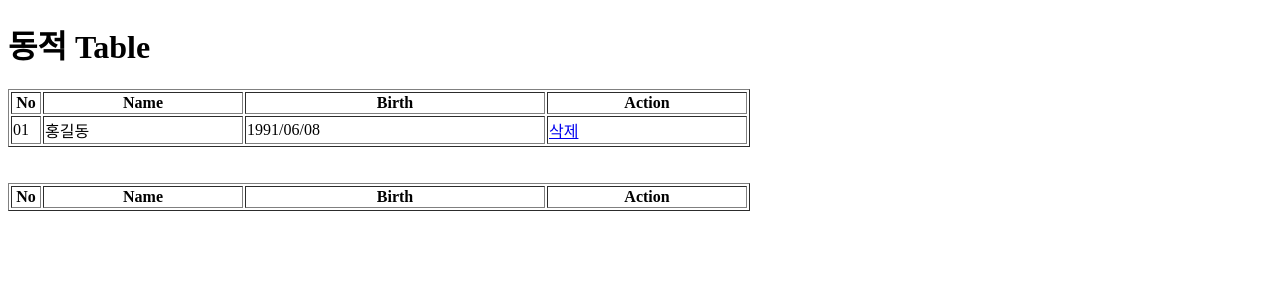
Repository: jeongho97/JQuery
Page: alloc/WebContent/index.html
These files come from the project's save history. The page is drawn as it stood at one moment and after the next save; the edit follows.
The browser window is 1280 px wide. The pictures show the whole page.

Above is the page before, as saved 2022-05-13 07:15:42.

After the next save:
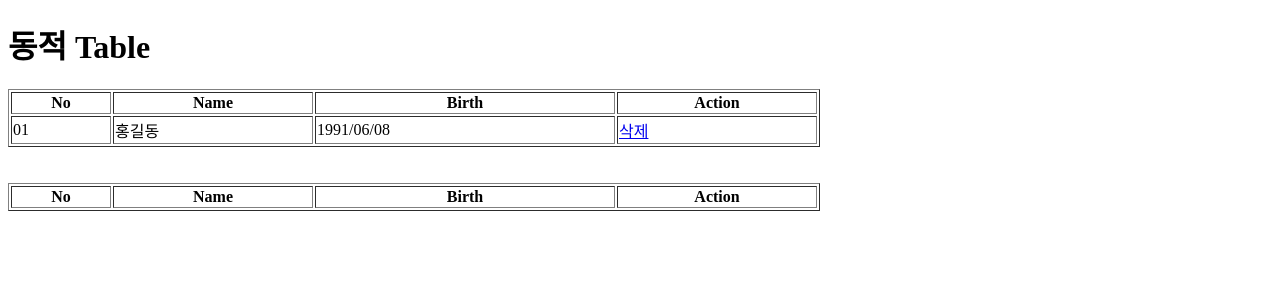
Saved 53 s later.
--- a/alloc/WebContent/index.html
+++ b/alloc/WebContent/index.html
@@ -12,7 +12,7 @@
 <table border="1" id="list_table">
 <colgroup>
 
-	<col style="width:30px">
+	<col style="width:100px">
 	<col style="width:200px">
 	<col style="width:300px">
 	<col style="width:200px">
@@ -47,7 +47,7 @@
 <!-- 입력테이블 -->
 <table border="1" id="append_table">
 <colgroup>
-	<col style="width:30px">
+	<col style="width:100px">
 	<col style="width:200px">
 	<col style="width:300px">
 	<col style="width:200px">
